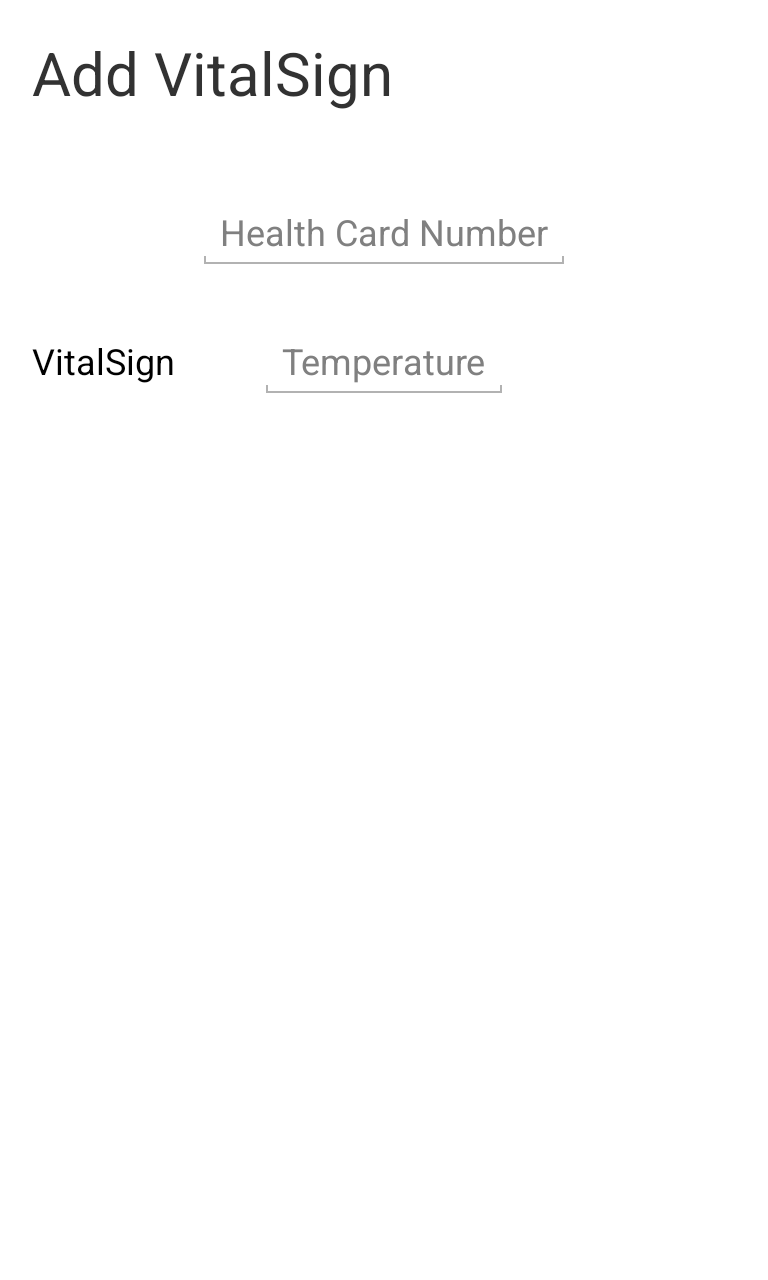
Repository: wangyuan0915/ER
Layout: workspace2/phase3/res/layout/activity_add_vital_sign.xml
The author's editor kept a copy of each file at every save. The layout is drawn from the files as they stood at one save, then again after the next save.
It is drawn on a 768 x 1280 px phone screen (xhdpi) without system bars, with theme AppTheme; the app's code is not run.

Above is the layout before, as saved 2013-11-24 06:16:34.

After the next save:
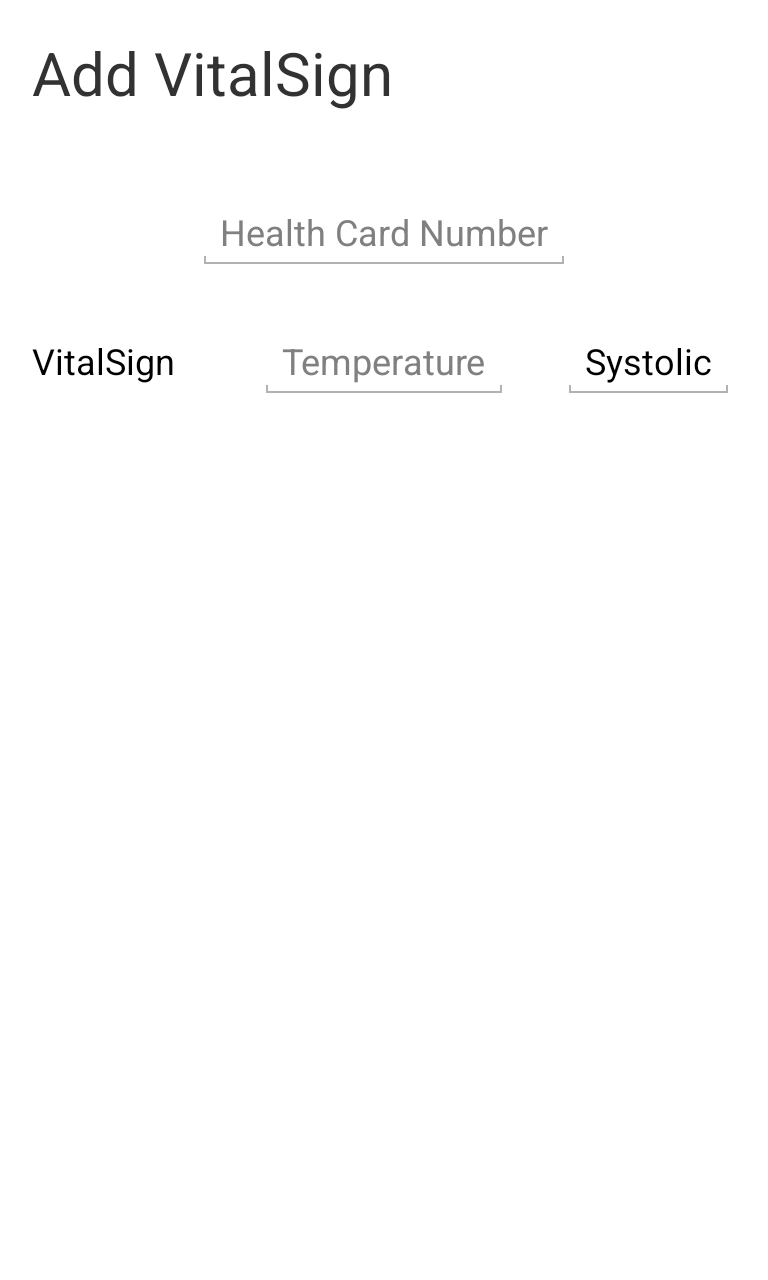
Saved 100 s later.
--- a/workspace2/phase3/res/layout/activity_add_vital_sign.xml
+++ b/workspace2/phase3/res/layout/activity_add_vital_sign.xml
@@ -48,4 +48,14 @@
         android:inputType="numberDecimal"
         android:textAppearance="?android:attr/textAppearanceMedium" />
 
+    <EditText
+        android:id="@+id/systolic"
+        android:layout_width="wrap_content"
+        android:layout_height="wrap_content"
+        android:layout_alignBaseline="@+id/temperature"
+        android:layout_alignBottom="@+id/temperature"
+        android:layout_alignParentRight="true"
+        android:text="Systolic"
+        android:textAppearance="?android:attr/textAppearanceMedium" />
+
 </RelativeLayout>
